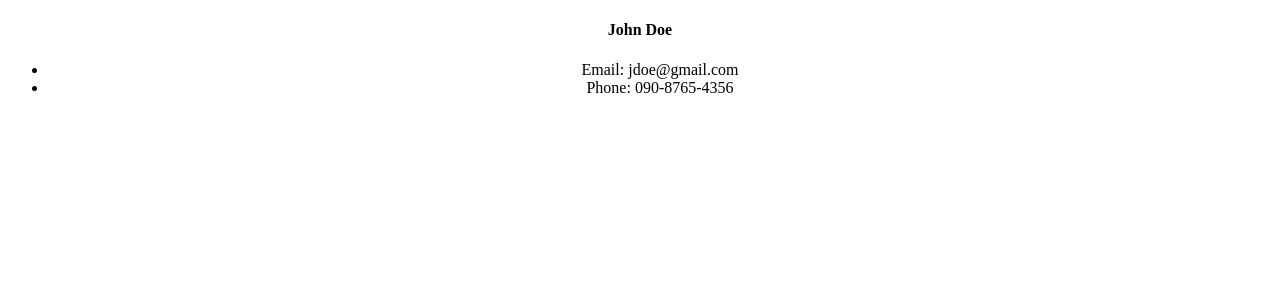
Repository: IkennaU/contactmanager
Page: /contact/add
The author's editor kept a copy of each file at every save. The page is drawn from the files as they stood at one save, then again after the next save.
The browser window is 1280 px wide. The pictures show the whole page.
The project was rebuilt for these pictures with package versions that can differ from the ones it lists, and the page was loaded fresh each time.

Above is the page before, as saved 2020-07-20 13:29:53.

### public/index.html
<!DOCTYPE html>
<html lang="en">
  <head>
    <meta charset="utf-8" />
    <link rel="icon" href="%PUBLIC_URL%/favicon.ico" />
    <meta name="viewport" content="width=device-width, initial-scale=1" />
    <meta name="theme-color" content="#000000" />
    <meta
      name="description"
      content="Web site created using create-react-app"
    />
    <link rel="apple-touch-icon" href="%PUBLIC_URL%/logo192.png" />
    <!--
      manifest.json provides metadata used when your web app is installed on a
      user's mobile device or desktop. See https://developers.google.com/web/fundamentals/web-app-manifest/
    -->
    <link rel="manifest" href="%PUBLIC_URL%/manifest.json" />
    <!--
      Notice the use of %PUBLIC_URL% in the tags above.
      It will be replaced with the URL of the `public` folder during the build.
      Only files inside the `public` folder can be referenced from the HTML.

      Unlike "/favicon.ico" or "favicon.ico", "%PUBLIC_URL%/favicon.ico" will
      work correctly both with client-side routing and a non-root public URL.
      Learn how to configure a non-root public URL by running `npm run build`.
    -->
    <title>Contact Manager</title>
  </head>
  <body>
    <noscript>You need to enable JavaScript to run this app.</noscript>
    <div id="root"></div>
    <!--
      This HTML file is a template.
      If you open it directly in the browser, you will see an empty page.

      You can add webfonts, meta tags, or analytics to this file.
      The build step will place the bundled scripts into the <body> tag.

      To begin the development, run `npm start` or `yarn start`.
      To create a production bundle, use `npm run build` or `yarn build`.
    -->
  </body>
</html>

### src/App.js
import React from "react";
import Contact from "./components/Contact";
import Header from "./components/Header";

import "./App.css";

function App() {
  return (
    <div className="App">
      <Header branding="Contact Manager" />
      <Contact />
    </div>
  );
}

export default App;

### src/components/Contact.js
import React, { Component } from "react";

class Contact extends Component {
  render() {
    return (
      <div>
        <h4>John Doe</h4>
        <ul>
          <li>Email: jdoe@gmail.com</li>
          <li>Phone: 090-8765-4356</li>
        </ul>
      </div>
    );
  }
}

export default Contact;

### src/components/Header.js
import React from 'react'

function Header() {
    return (
        <div>
            <h1></h1>
        </div>
    )
}

export default Header

Loaded but not shown: src/index.js (common file); src/serviceWorker.js (common file); src/App.css (common file)

After the next save:
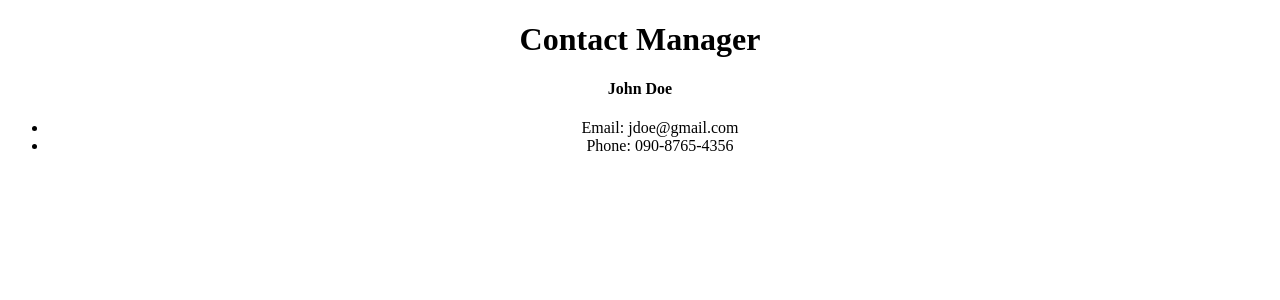
Saved 98 s later.
--- a/src/components/Header.js
+++ b/src/components/Header.js
@@ -1,11 +1,11 @@
-import React from 'react'
+import React from "react";
 
-function Header() {
-    return (
-        <div>
-            <h1></h1>
-        </div>
-    )
+function Header(props) {
+  return (
+    <div>
+      <h1>{props.branding}</h1>
+    </div>
+  );
 }
 
-export default Header
+export default Header;
